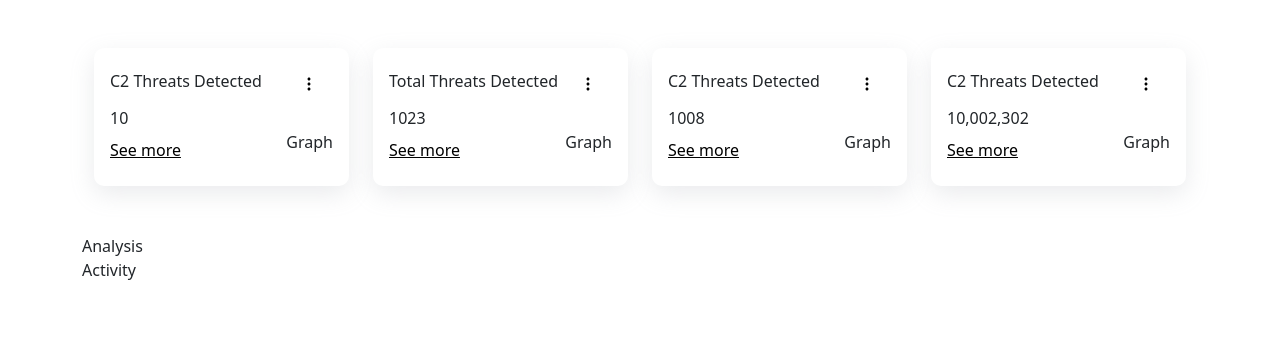
Repository: badhon252/dashboard
Page: /
An editor plug-in stored every save of this project. The page is shown before and after the next save, followed by the edit.
The browser window is 1280 px wide. The pictures show the whole page.
The project was rebuilt for these pictures with package versions that can differ from the ones it lists, and the page was loaded fresh each time. Also part of the build but not shown: vite.config.js.

Above is the page before, as saved 2023-01-27 01:31:30.

### index.html
<!DOCTYPE html>
<html lang="en">

<head>
    <meta charset="UTF-8" />
    <link rel="icon" type="image/svg+xml" href="/vite.svg" />
    <meta name="viewport" content="width=device-width, initial-scale=1.0" />
    <!-- bootsrap cdn  -->
    <link rel="stylesheet" href="https://cdn.jsdelivr.net/npm/bootstrap@5.2.3/dist/css/bootstrap.min.css">
    <title>DashBoard</title>
</head>

<body>
    <div id="root"></div>

    <script type="module" src="/src/index.jsx"></script>
    <!-- bootsrap cdn  -->
    <script type="module" src="https://cdn.jsdelivr.net/npm/bootstrap@5.2.3/dist/js/bootstrap.bundle.min.js"></script>
</body>

</html>

### src/App.jsx
import './App.css'
import Activity from './Components/Activity/Activity'
import Analysis from './Components/Analysis/Analysis'
import Status from './Components/Status/Status'

function App() {

  return (
    <div className="container">
      <Status/>
      <Analysis/>
      <Activity/>
    </div>
  )
}

export default App

### src/App.css
.link {
    color: #000;
    text-decoration: underline;
    font-size: 1em;
}

### src/Components/Activity/Activity.jsx
import React from 'react';

const Activity = () => {
    return (
        <div>
            Activity
        </div>
    );
}

export default Activity;

### src/Components/Analysis/Analysis.jsx
import React from 'react'

export default function Analysis() {
  return (
    <div>Analysis</div>
  )
}

### src/Components/Status/Status.jsx
import React from 'react'
import "./Status.css"
import StatusCard from './StatusCard';
import dotIcon from "../../assets/dot.svg"

export default function Status() {
  return (
    <div id="status" className='container'>
      <div className='row' >

        <div className="col-md-3">
            <StatusCard title="C2 Threats Detected" icon={dotIcon} amount="10" link={null}/>
        </div>
        <div className="col-md-3">
            <StatusCard title="Total Threats Detected" icon={dotIcon} amount="1023" link={null}/>
        </div>
        <div className="col-md-3">
            <StatusCard title="C2 Threats Detected" icon={dotIcon} amount="1008" link={null}/>
        </div>
        <div className="col-md-3">
            <StatusCard title="C2 Threats Detected" icon={dotIcon} amount="10,002,302" link={null}/>
        </div>

      </div>
    </div>
  )
}

### src/Components/Status/Status.css
/* Card css  */

.myCard {
    border-radius: 5px;
    cursor: pointer;
    transition: all 0.3s ease-in-out;
    width: 100%;
    box-shadow: rgba(149, 157, 165, 0.2) 0px 8px 24px;
    border-radius: 10px;
}

.myCard_title {
    font-size: 1rem;
    font-weight: 500;
    margin: 0.5rem 0;
}

### src/Components/Status/StatusCard.jsx

import "./Status.css"

export default function StatusCard({title, icon, amount, link}) {
  return (
      <div className="myCard my-5 p-3" >
        <div className="myCard_Head d-flex justify-content-between" >
          <h3 className='myCard_title'>{title}</h3>
          <h3 className='myCard_icon'>
            <img className="img-fluid w-50" src={icon} alt=":" />
          </h3>
        </div>

        <div className="myCard_value">{amount}</div>

        <div className="myCard_data d-flex justify-content-between" >
          <div className="link py-2">
            <a href={link} >See more</a>
          </div>
          <div className="myCard_Graph">Graph</div>
        </div>
      </div>

  )
}

Loaded but not shown: src/index.jsx (common file)

After the next save:
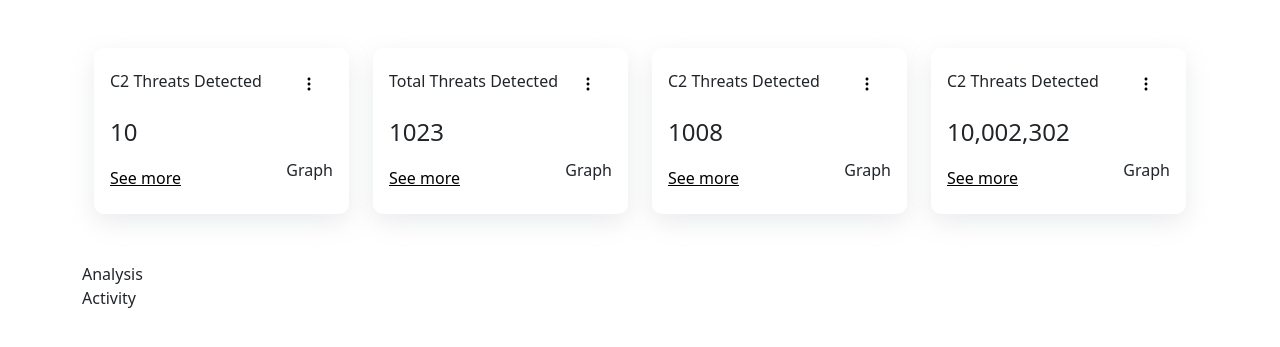
Saved 23 s later.
--- a/src/Components/Status/Status.css
+++ b/src/Components/Status/Status.css
@@ -14,3 +14,9 @@
     font-weight: 500;
     margin: 0.5rem 0;
 }
+
+.myCard_value {
+    font-size: 1.5rem;
+    font-weight: 500;
+    margin: 0.5rem 0;
+}
